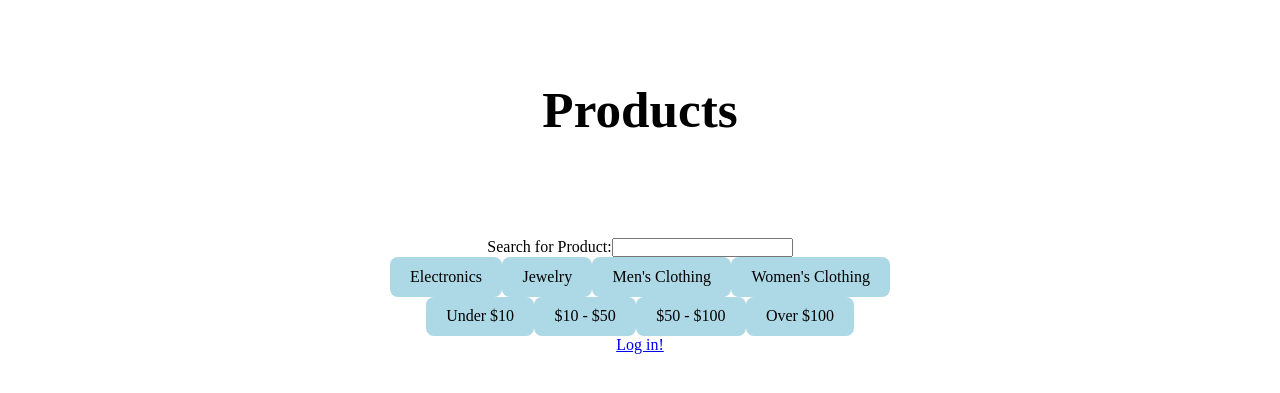
Repository: Andres513/CapStone
Page: /
An editor plug-in stored every save of this project. The page is shown before and after the next save, followed by the edit.
The browser window is 1280 px wide. The pictures show the whole page.
The page's requests for data from a server got no answer. The project was rebuilt for these pictures with package versions that can differ from the ones it lists, and the page was loaded fresh each time. No one was signed in, and anything a server would have sent is missing. Also part of the build but not shown: vite.config.js, src/components/Login.jsx, src/components/SingleProduct.jsx.

Above is the page before, as saved 2024-04-03 14:15:46.

### src/App.jsx
import { useState } from 'react'
import FetchProducts from './components/FetchProducts'
import './App.css'
import { Routes, Route } from 'react-router-dom'
import Login from './components/Login'
import SingleProduct from './components/SingleProduct'

function App() {
const [ token, setToken ] = useState(null)
const [ email, setEmail ] = useState('')
const [ password, setPassword ] = useState('')


const handleSetState=(newToken)=>{
    setToken(newToken)
}
  return (
    <>
    <Routes>
      <Route path="/login" element={<Login token={token} setToken={handleSetState} email={email} setEmail={setEmail} password={password} setPassword={setPassword}/>}/>
      <Route path="/" element={<FetchProducts token={token}/>}/>
      <Route path="/products/:id" element={<SingleProduct token={token}/>}/>
    </Routes>
    </>
  )
}

export default App

### src/index.css

* {
  margin: 0;
  padding: 0;
  box-sizing: border-box;
}
h1 {
  font-size: 3.2em;
  line-height: 1.1;
  padding-top: 50px;
  padding-bottom: 100px;
}
img {
  width: 250px;
  height: 400px;
}
.single-product > img {
  height: 60%;
  width: 60%;
  padding-top: 50px;
  padding-bottom: 50px;
}
.items-container {
  display: grid;
  grid-template-columns: repeat(auto-fill, minmax(200px, 1fr));
  grid-gap: 100px;
  padding-top: 50px;
}
button {
  border-radius: 8px;
  border: 1px solid transparent;
  padding: 0.6em 1.2em;
  font-size: 1em;
  font-weight: 500;
  font-family: inherit;
  background-color: lightblue;
  cursor: pointer;
  transition: border-color 0.25s;
}

### src/components/FetchProducts.jsx
import { useEffect, useState } from "react"
import { Link, useAsyncError } from "react-router-dom"
import Login from "./Login"
import Filter from "./Filter"

export default function FetchProducts({token}){
    const [ error, setError ] = useState(null)
    const [ products, setProducts ] = useState([])
    const [ category, setCategory ] = useState('')
    const [ price, setPrice ] = useState('')
    const [ searched, setSearched ] = useState('')
    const [ filters, setFilters ] = useState({})

    useEffect(()=>{
        async function fetchProducts(){
        try {
            const response = await fetch('https://fakestoreapi.com/products')
            const result = await response.json()
            setProducts(result)
            setCategory(result.category)
            setPrice(result.price)
            console.log(products)
            console.log(category)
            console.log(price)


            } catch(error) {
                setError(error.message)
            }
        }
        fetchProducts()
    },[])
    useEffect(()=>{

    },[])

    const searchedProduct = products.filter((product) => {
         return product.title.toLowerCase().includes(searched.toLowerCase());
     });

     const applyCategoryFilter = (category) => {
        setFilters({ ...filters, category: category });
    }

    const applyPriceFilter = (priceRange) => {
        setFilters({ ...filters, priceRange: priceRange });
    }

    const filteredProducts = searchedProduct.filter((product) => {
        if (filters.category && product.category !== filters.category) {
            return false;
        }
        if (filters.priceRange) {
            const [min, max] = filters.priceRange.split("-");
            const price = parseFloat(product.price);
            if (price < parseFloat(min) || price > parseFloat(max)) {
                return false;
            }
        }
        return true;
    });


return (
        <>
        <h1>Products</h1>
            <label className="search-bar">Search for Product:
                <input type="text" value={searched} onChange={(e) => setSearched(e.target.value)}/>
            </label><br/>
            <Filter applyCategoryFilter={applyCategoryFilter} applyPriceFilter={applyPriceFilter}/>
        <Link to="/login" element={<Login />}>Log in!</Link>
        <div className="items-container">
    {searchedProduct.map((product) => (
                <div key={product.id} className="item">
                    <h3>{product.title}</h3>
                    <img src={product.image} alt={product.title} /><br/>
                    <Link to={`/products/${product.id}`}>View Details</Link>
                </div>

            ))}
            </div>
        </>
    )
}

### src/components/Filter.jsx

export default function Filter({ applyCategoryFilter, applyPriceFilter }) {
    const categories = ['Electronics', 'Jewelry', 'Men\'s Clothing', 'Women\'s Clothing'];
    const priceRanges = ['Under $10', '$10 - $50', '$50 - $100', 'Over $100'];

    return (
        <div>
            <div>
                {categories.map((category, index) => (
                    <button key={index} onClick={() => applyCategoryFilter(category)} className="dot">{category}</button>
                ))}
            </div>
            <div>
                {priceRanges.map((priceRange, index) => (
                    <button key={index} onClick={() => applyPriceFilter(priceRange)} className="dot">{priceRange}</button>
                ))}
            </div>
        </div>
    );
}

Loaded but not shown: index.html (common file); src/main.jsx (common file); src/App.css (common file)

After the next save:
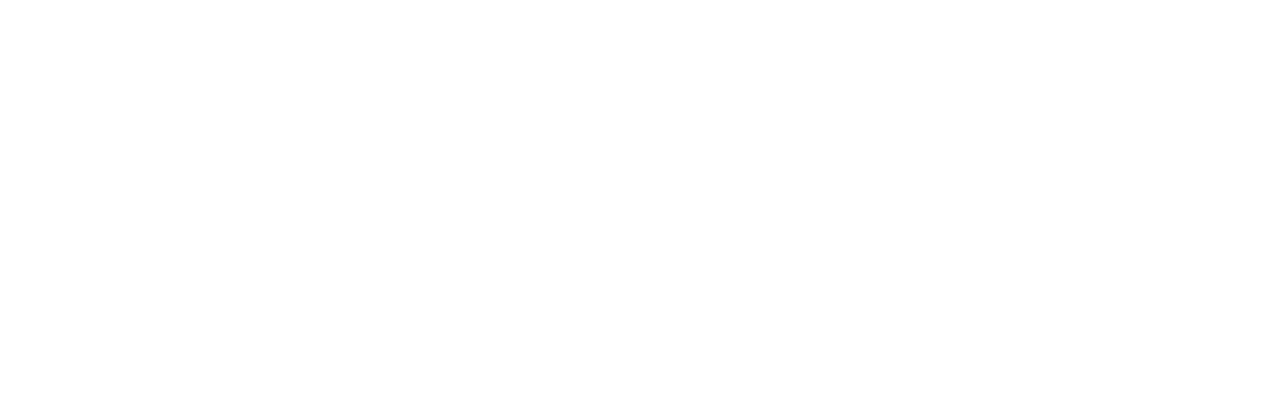
Console error: ReferenceError: applyCategoryFilter is not defined
Saved 15 min 57 s later.
--- a/src/components/FetchProducts.jsx
+++ b/src/components/FetchProducts.jsx
@@ -19,10 +19,6 @@
             setProducts(result)
             setCategory(result.category)
             setPrice(result.price)
-            console.log(products)
-            console.log(category)
-            console.log(price)
-
 
             } catch(error) {
                 setError(error.message)
@@ -30,35 +26,11 @@
         }
         fetchProducts()
     },[])
-    useEffect(()=>{
 
-    },[])
 
     const searchedProduct = products.filter((product) => {
          return product.title.toLowerCase().includes(searched.toLowerCase());
      });
-
-     const applyCategoryFilter = (category) => {
-        setFilters({ ...filters, category: category });
-    }
-
-    const applyPriceFilter = (priceRange) => {
-        setFilters({ ...filters, priceRange: priceRange });
-    }
-
-    const filteredProducts = searchedProduct.filter((product) => {
-        if (filters.category && product.category !== filters.category) {
-            return false;
-        }
-        if (filters.priceRange) {
-            const [min, max] = filters.priceRange.split("-");
-            const price = parseFloat(product.price);
-            if (price < parseFloat(min) || price > parseFloat(max)) {
-                return false;
-            }
-        }
-        return true;
-    });
 
 
 return (

After the save that followed:
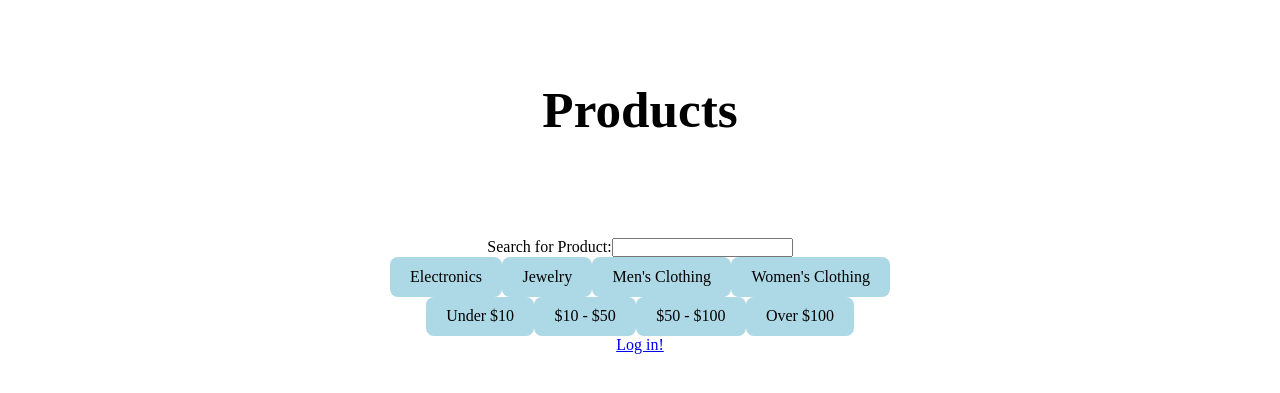
The error is gone.
Saved 58 s later.
--- a/src/components/FetchProducts.jsx
+++ b/src/components/FetchProducts.jsx
@@ -39,7 +39,7 @@
             <label className="search-bar">Search for Product:
                 <input type="text" value={searched} onChange={(e) => setSearched(e.target.value)}/>
             </label><br/>
-            <Filter applyCategoryFilter={applyCategoryFilter} applyPriceFilter={applyPriceFilter}/>
+            <Filter products={products} category={category} price={price}/>
         <Link to="/login" element={<Login />}>Log in!</Link>
         <div className="items-container">
     {searchedProduct.map((product) => (
